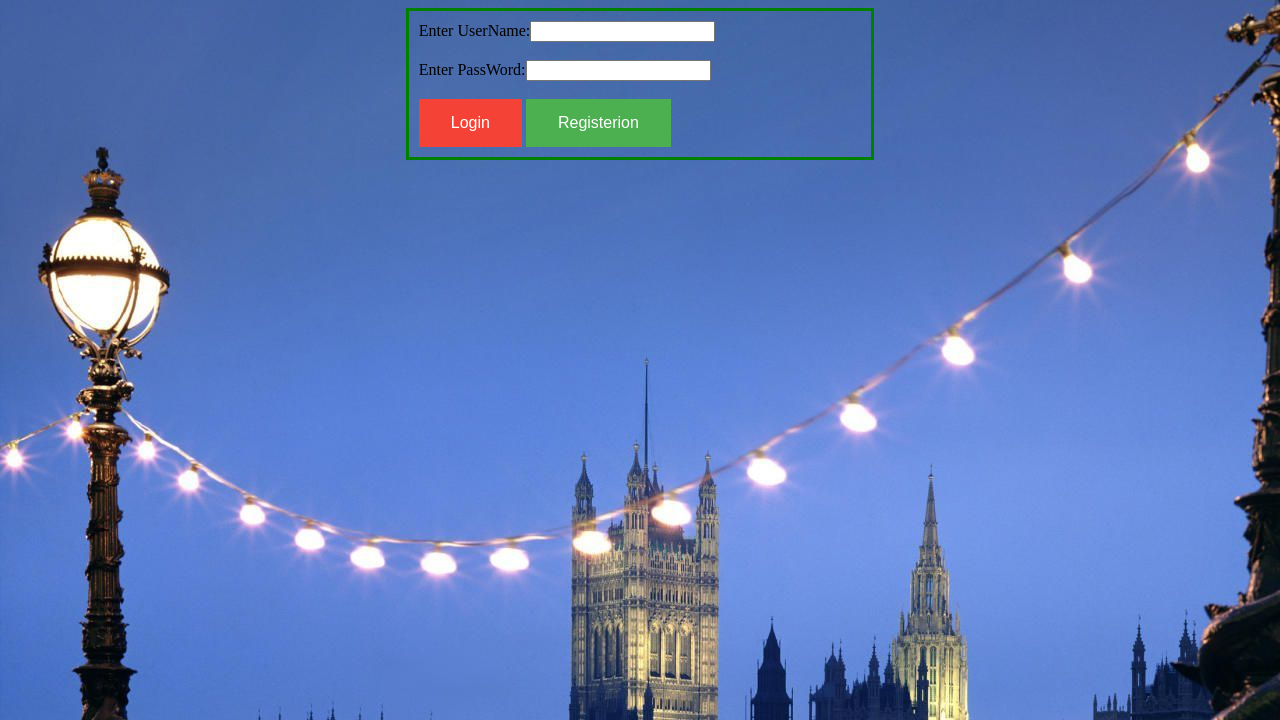
Repository: srikanthModugu/jdbc-servlet-jsp
Page: SutudentRegistration/WebContent/LoginPage.html
These files come from the project's save history. The page is drawn as it stood at one moment and after the next save; the edit follows.
The browser window is 1280 px wide. The pictures show the whole page.

Above is the page before, as saved 2017-10-03 05:04:07.

After the next save:
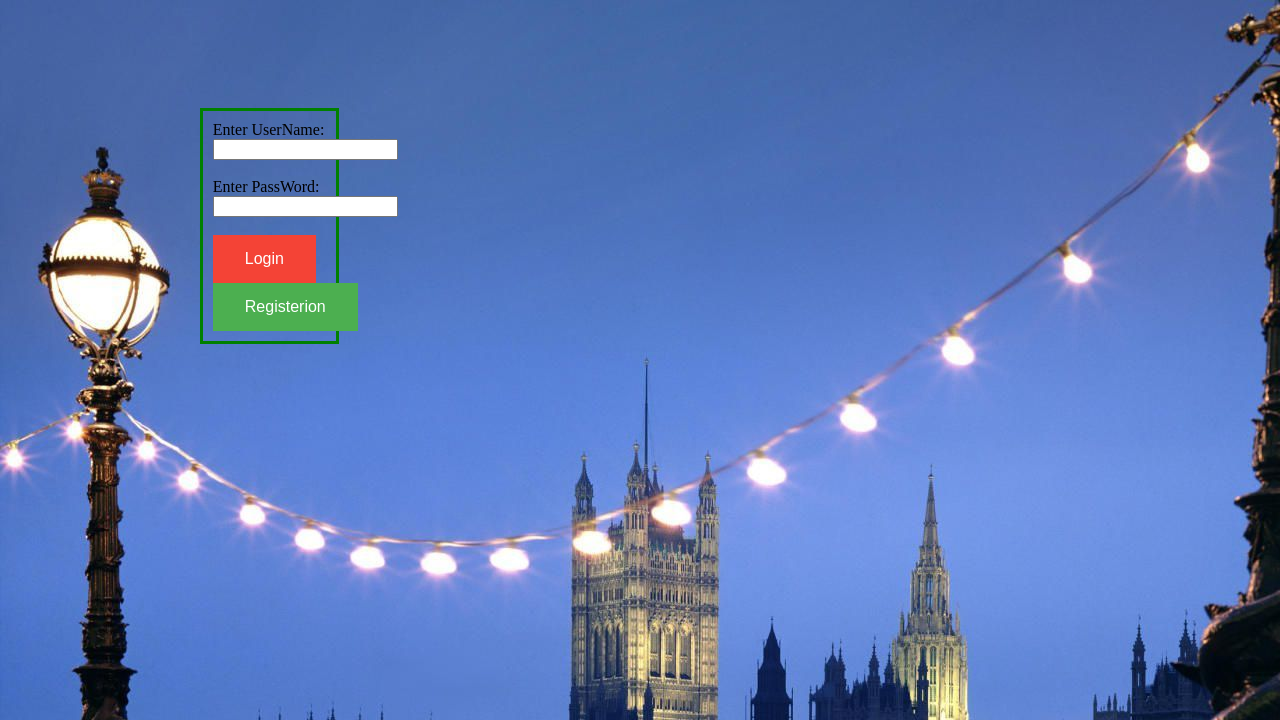
Saved 33 min 49 s later.
--- a/SutudentRegistration/WebContent/LoginPage.html
+++ b/SutudentRegistration/WebContent/LoginPage.html
@@ -26,6 +26,8 @@
 </head>
 
 <body  background="secongBg.jpg">
+<div
+						style="height: 30%;   float: left; margin-left: 100px; margin-top: 100px;">
 <form action="login" method="get" class="center">
 
 Enter UserName:<input type="text" name="Uname"/><br><br>
@@ -34,6 +36,6 @@ Enter PassWord:<input type="text" name="passWord"/><br><br>
   <button class="button" type="submit" formaction="Registration.html">Registerion</button>
 
 </form>
-
+</div>
 </body>
 </html>
